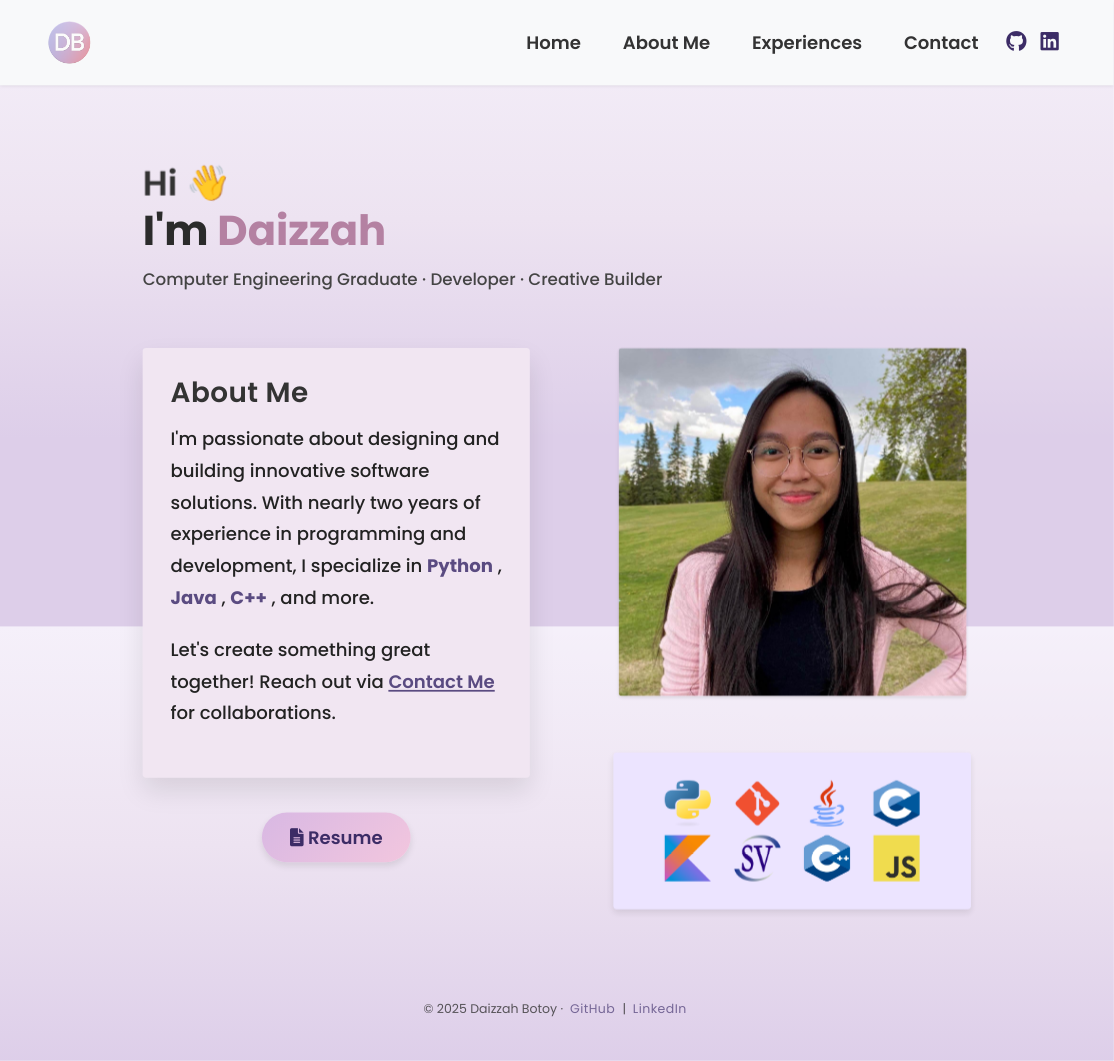
Repository: daizzah/daizzah-portfolio
Page: html/home.html
The author's editor kept a copy of each file at every save. The page is drawn from the files as they stood at one save, then again after the next save.
The browser window is 1280 px wide. The pictures show the whole page, at 87% of full size.
Backgrounds fixed to the window are drawn as part of the page.

Above is the page before, as saved 2025-04-03 01:13:24.

After the next save:
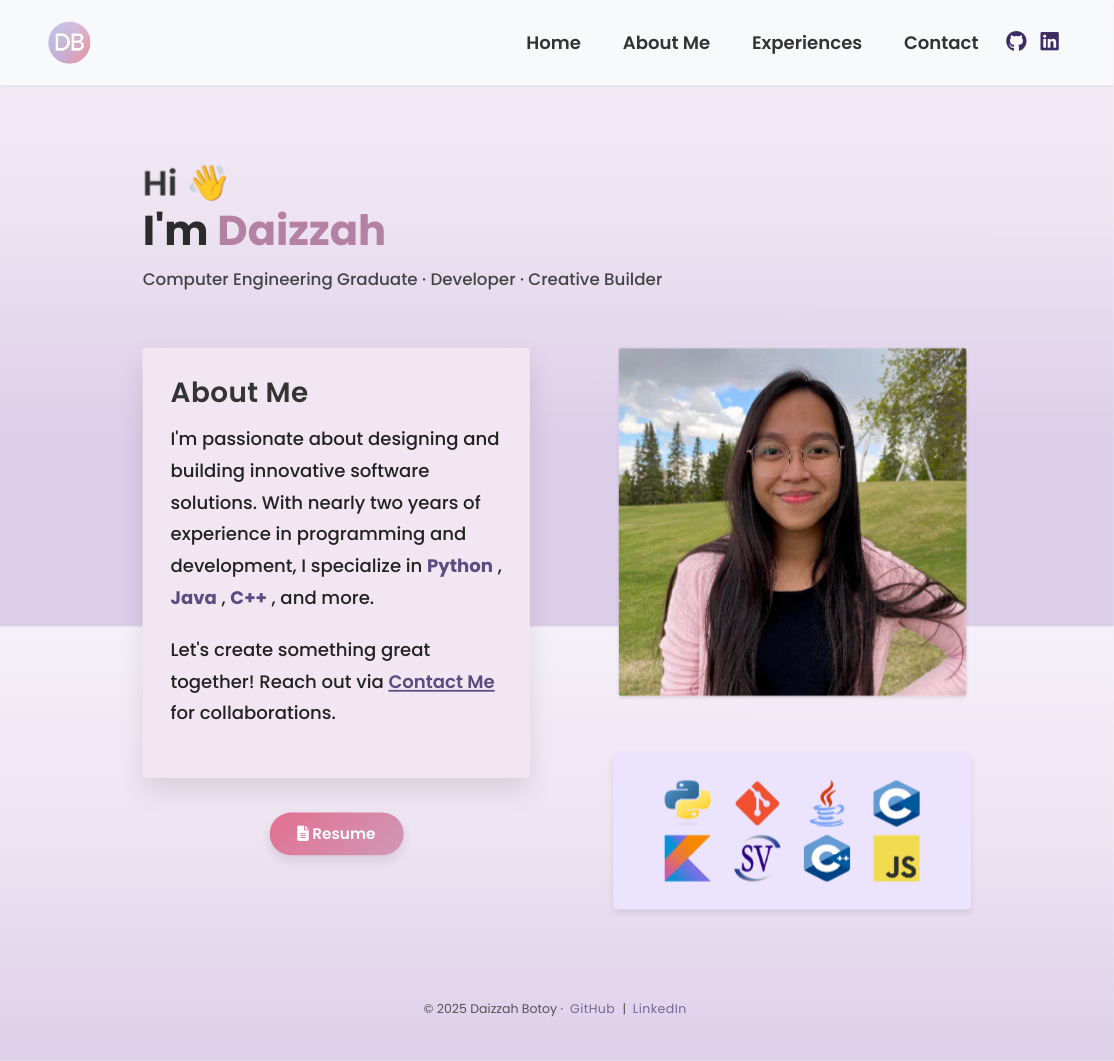
Saved 53 s later.
--- a/html/home.html
+++ b/html/home.html
@@ -121,7 +121,7 @@
             <div class="button-container">
               <a
                 href="../assets/daizzah-resume.pdf"
-                class="btn btn-lg fade-in"
+                class="pretty-button fade-in"
                 style="transition-delay: 1s"
                 target="_blank"
               >
